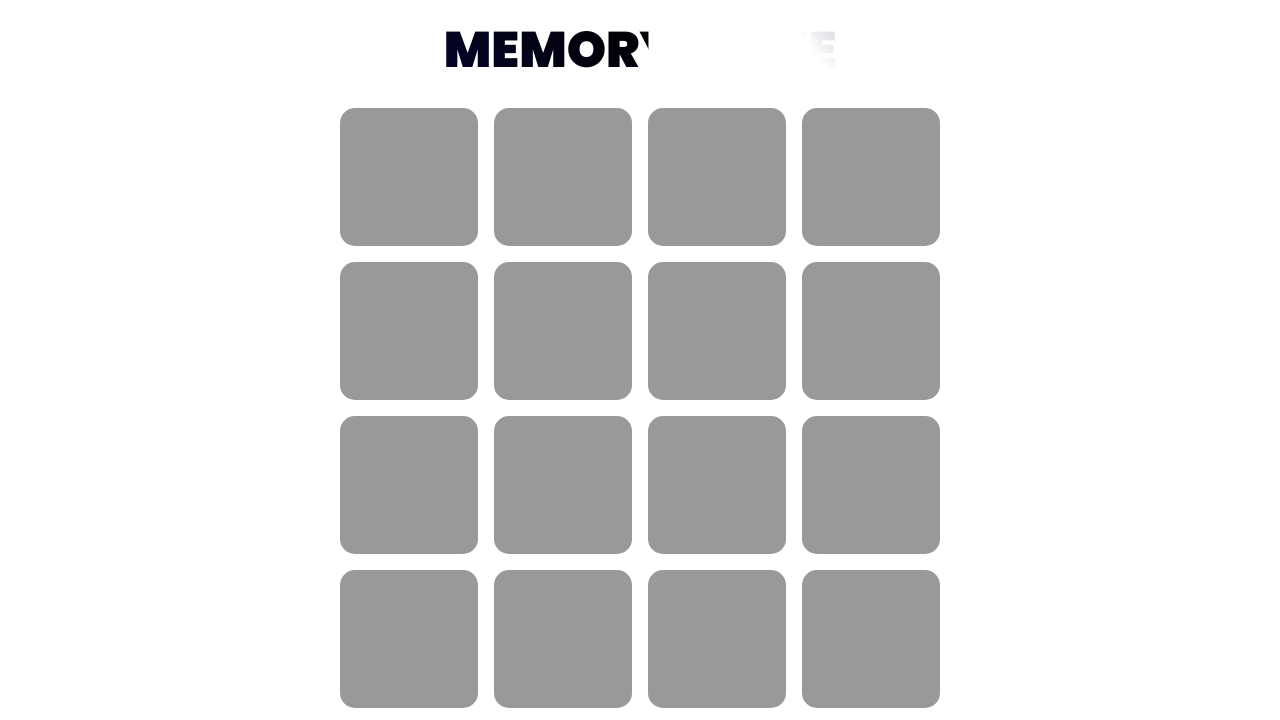
Repository: AbApin/memory-game
Page: /
These files come from the project's save history. The page is drawn as it stood at one moment and after the next save; the edit follows.
The browser window is 1280 px wide. The pictures show the whole page.
The project was rebuilt for these pictures with package versions that can differ from the ones it lists, and the page was loaded fresh each time.

Above is the page before, as saved 2022-08-21 23:19:10.

### public/index.html
<!DOCTYPE html>
<html lang="en">
  <head>
    <meta charset="utf-8" />
    <link rel="icon" href="%PUBLIC_URL%/favicon.ico" />
    <meta name="viewport" content="width=device-width, initial-scale=1" />
    <meta name="theme-color" content="#000000" />
    <meta
      name="description"
      content="Web site created using create-react-app"
    />
    <link rel="apple-touch-icon" href="%PUBLIC_URL%/logo192.png" />
    <link rel="manifest" href="%PUBLIC_URL%/manifest.json" />
    <title>React App</title>
    <link href="https://fonts.googleapis.com/css?family=Poppins:100,100italic,200,200italic,300,300italic,regular,italic,500,500italic,600,600italic,700,700italic,800,800italic,900,900italic" rel="stylesheet" />
  </head>
  <body>
    <noscript>You need to enable JavaScript to run this app.</noscript>
    <div id="root"></div>
  </body>
</html>

### src/index.css
*{
  margin: 0;
  padding: 0;
  box-sizing: border-box;
  font-family: "Poppins";
}

html,body{
  height: 100%;
}

### src/App.js
import './App.css';
import Particles from 'react-tsparticles';
import { loadFull } from 'tsparticles';
import Carts from './components/Carts';

function App() {
  const particlesInit = async (main) => {
    await loadFull(main);
  };
  return (
    <div className="App">
      {/* <Particles
        id="tsparticles"
        init={particlesInit}
        options={{
          fullScreen: {
            enable: true,
            zIndex: 1,
          },
          particles: {
            number: {
              value: 10,
              density: {
                enable: false,
                value_area: 800,
              },
            },
            color: {
              value: '#fff',
            },
            shape: {
              type: 'star',
              options: {
                sides: 5,
              },
            },
            opacity: {
              value: 0.8,
              random: false,
              anim: {
                enable: false,
                speed: 1,
                opacity_min: 0.1,
                sync: false,
              },
            },
            size: {
              value: 4,
              random: false,
              anim: {
                enable: false,
                speed: 40,
                size_min: 0.1,
                sync: false,
              },
            },
            rotate: {
              value: 0,
              random: true,
              direction: 'clockwise',
              animation: {
                enable: true,
                speed: 5,
                sync: false,
              },
            },
            line_linked: {
              enable: true,
              distance: 600,
              color: '#ffffff',
              opacity: 0.4,
              width: 2,
            },
            move: {
              enable: true,
              speed: 2,
              direction: 'none',
              random: false,
              straight: false,
              out_mode: 'out',
              attract: {
                enable: false,
                rotateX: 600,
                rotateY: 1200,
              },
            },
          },
          interactivity: {
            events: {
              onhover: {
                enable: true,
                mode: ['grab'],
              },
              onclick: {
                enable: false,
                mode: 'bubble',
              },
              resize: true,
            },
            modes: {
              grab: {
                distance: 400,
                line_linked: {
                  opacity: 1,
                },
              },
              bubble: {
                distance: 400,
                size: 40,
                duration: 2,
                opacity: 8,
                speed: 3,
              },
              repulse: {
                distance: 200,
              },
              push: {
                particles_nb: 4,
              },
              remove: {
                particles_nb: 2,
              },
            },
          },
          retina_detect: true,
          background: {
            color: '#111',
            image: '',
            position: '50% 50%',
            repeat: 'no-repeat',
            size: 'cover',
          },
        }}
      /> */}
      <h1 className='title'>Memory Game</h1>
      <Carts />
    </div>
  );
}

export default App;

### src/App.css
/* keyframes */
@keyframes textclip {
  to {
    background-position: 200% center;
  }
}
@keyframes hideCard {
  0%,
  70% {
    transform: rotateY(0);
  }
  100% {
    transform: rotateY(180deg);
  }
}
@keyframes hideImage {
  0%,
  70% {
    transform: scale(1);
  }
  100% {
    transform: scale(0);
  }
}

.App {
  display: flex;
  flex-direction: column;
  align-items: center;
  justify-content: center;
  height: 100vh;
  width: 100%;
  row-gap: 20px;
}
.title {
  text-transform: uppercase;
  background: linear-gradient(
    50deg,
    rgba(255, 255, 255, 1) 23%,
    rgba(7, 6, 59, 1) 55%,
    rgba(0, 0, 0, 1) 100%,
    rgba(58, 63, 135, 1) 100%
  );
  background-size: auto auto;
  background-clip: border-box;
  background-size: 200% auto;
  color: #fff;
  background-clip: text;
  -webkit-background-clip: text;
  -webkit-text-fill-color: transparent;
  animation: textclip 2s linear infinite;
  display: inline-block;
  font-size: 190px;
}

.title {
  color: #fff;
  z-index: 1;
  font-size: 50px;
  font-weight: 900;
}
#tsparticles {
  position: absolute;
  left: 0;
  top: 0;
  width: 100%;
  z-index: -1;
}

/* carts */
.carts {
  display: grid;
  grid-template-columns: repeat(4, 1fr);
  grid-template-rows: repeat(4, 1fr);
  gap: 1em;
  max-width: 600px;
  width: 100%;
  height: 600px;
  position: relative;
  z-index: 10;
}
.cart {
  display: flex;
  justify-content: center;
  align-items: center;
  border-radius: 15px;
  background-color: rgba(0, 0, 0, 0.4);
  box-shadow: 0 0 5px #fff;
  cursor: pointer;
  transform: rotateY(180deg);
  animation: 1s hideCard linear;
  transition: all 0.3s;
}
.cart img {
  max-width: 80%;
  max-height: 80%;
  transform: scale(0);
  transition: all 0.3s;
  animation: 1s hideImage linear;
}
.cart.active {
  transform: rotateY(0);
}
.cart.correct {
  background-color: green;
}
.cart.wrong {
  background-color: red;
}
.cart.active img {
  transform: scale(1);
}

### src/components/Carts.jsx
import { toBeChecked } from '@testing-library/jest-dom/dist/matchers';
import React from 'react';
import Cart from './Cart';

const Carts = () => {
  const [items, setItems] = React.useState(
    [
      { id: 1, img: '../img/1.png', stat: '' },
      { id: 1, img: '../img/1.png', stat: '' },
      { id: 2, img: '../img/2.png', stat: '' },
      { id: 2, img: '../img/2.png', stat: '' },
      { id: 3, img: '../img/3.png', stat: '' },
      { id: 3, img: '../img/3.png', stat: '' },
      { id: 4, img: '../img/4.png', stat: '' },
      { id: 4, img: '../img/4.png', stat: '' },
      { id: 5, img: '../img/5.png', stat: '' },
      { id: 5, img: '../img/5.png', stat: '' },
      { id: 6, img: '../img/6.png', stat: '' },
      { id: 6, img: '../img/6.png', stat: '' },
      { id: 7, img: '../img/7.png', stat: '' },
      { id: 7, img: '../img/7.png', stat: '' },
      { id: 8, img: '../img/8.png', stat: '' },
      { id: 8, img: '../img/8.png', stat: '' },
    ].sort(() => Math.random() - 0.5),
  );

  const [prev, setPrev] = React.useState(-1);

//   const check = (current) => {
//     if (items[current].id === items[prev].id) {
//       items[current].stat = 'correct';
//       items[prev].stat = 'correct';
//       setItems([...items]);
//       setPrev(-1);
//     } else {
//       items[current].stat = 'wrong';
//       items[prev].stat = 'wrong';
//       setItems([...items]);
//       setTimeout(() => {
//         items[current].stat = '';
//         items[prev].stat = '';
//         setItems([...items]);
//         setPrev(-1);
//       }, 1000);
//       setPrev(-1);
//     }
//   };
  const handleClick = (id) => {
    // if (prev === -1) {
    //   setPrev(id);
    // } else {
    //   check(id);
    // }
  };

  return (
    <div className="carts">
      {items.map((item, index) => {
        return <Cart key={crypto.randomUUID()} item={item} id={index} handleClick={handleClick} />;
      })}
    </div>
  );
};

export default Carts;

### src/components/Cart.jsx
import React from 'react';

const Cart = ({ item, id, handleClick }) => {
  const itemClass = item.stat ? ' active ' + item.stat : '';

  return (
    <div className={'cart' + itemClass} onClick={() => handleClick(id)}>
      <img src={item.img} alt="" />
    </div>
  );
};

export default Cart;

Loaded but not shown: src/index.js (common file)

After the next save:
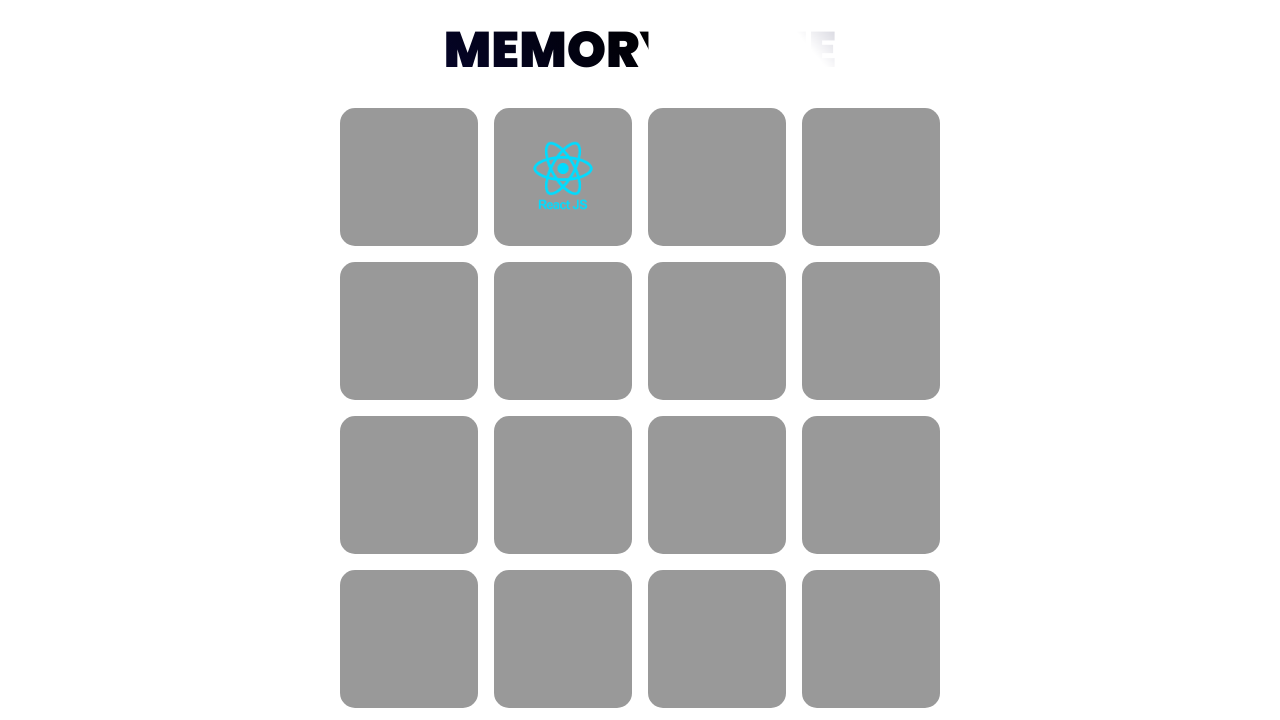
Saved 9 s later.
--- a/src/components/Carts.jsx
+++ b/src/components/Carts.jsx
@@ -5,7 +5,7 @@
 const Carts = () => {
   const [items, setItems] = React.useState(
     [
-      { id: 1, img: '../img/1.png', stat: '' },
+      { id: 1, img: '../img/1.png', stat: 'active' },
       { id: 1, img: '../img/1.png', stat: '' },
       { id: 2, img: '../img/2.png', stat: '' },
       { id: 2, img: '../img/2.png', stat: '' },
